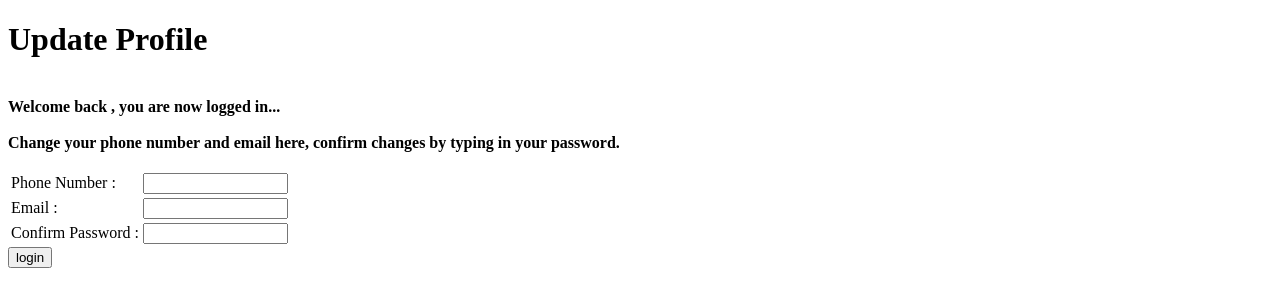
Repository: kingron98/SoftEng-Bank-Web-Application-
Page: http://localhost/SE3_BankWebApp/updateProfile.jsp
The author's editor kept a copy of each file at every save. The page is drawn from the files as they stood at one save, then again after the next save.
The browser window is 1280 px wide. The pictures show the whole page.
The page is served by Tomcat 9.

Above is the page before, as saved 2020-12-11 21:04:04.

After the next save:
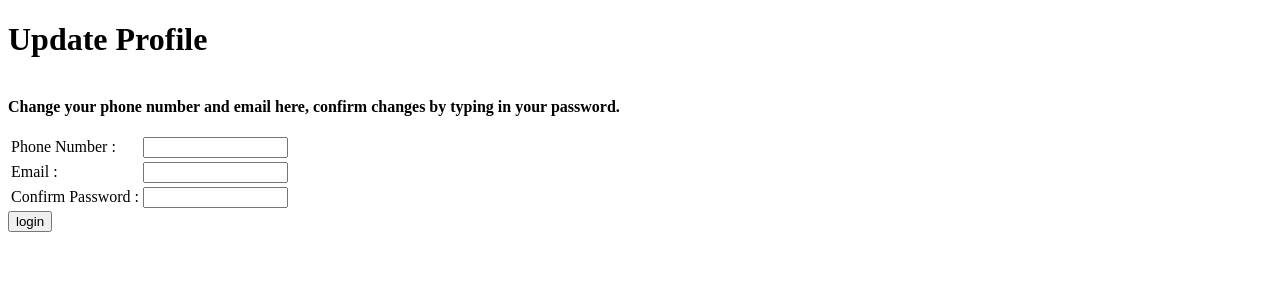
Saved 6 s later.
--- a/SE3 Bank App/Java/Workspace/SE3_BankWebApp/WebContent/updateProfile.jsp
+++ b/SE3 Bank App/Java/Workspace/SE3_BankWebApp/WebContent/updateProfile.jsp
@@ -17,8 +17,6 @@
 
 	<c:set var="customer" value="${sessionScope.customer}"/>
 	<c:set var="bankaccount" value="${sessionScope.bankaccount}"/>
-	<b>Welcome back <c:out value="${customer.customerName}"/>, you are now logged in...</b>
-	<br/><br/>
 	<b>Change your phone number and email here, confirm changes by typing in your password.</b>
 
 	<br/><br/>
